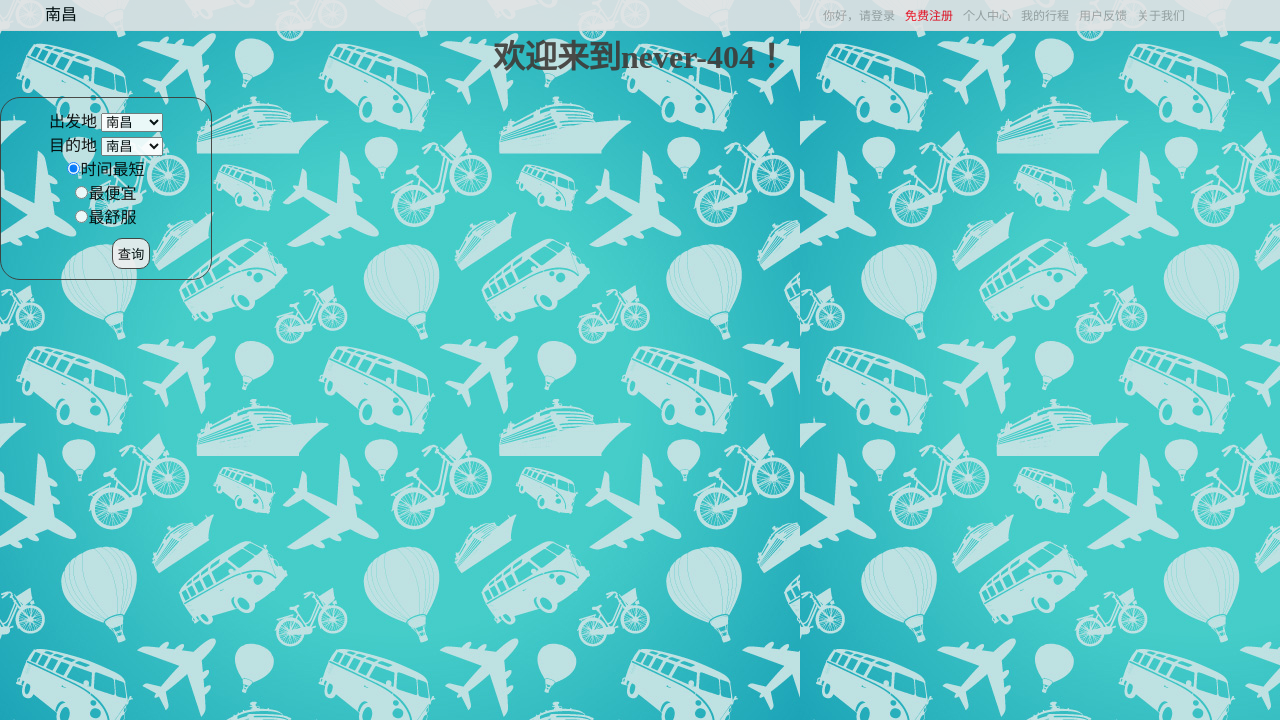
Repository: never-404/Intelligent-recommendation-system
Page: http://localhost/Intelligent-recommendation-system/mainpage.jsp
The author's editor kept a copy of each file at every save. The page is drawn from the files as they stood at one save, then again after the next save.
The browser window is 1280 px wide. The pictures show the whole page.
The page is served by Tomcat 9. Nobody is signed in. The application's start-up code is not run. Other server files are loaded and not shown.

Above is the page before, as saved 2019-04-24 11:35:43.

### Intelligent-recommendation-system/WebRoot/mainpage.jsp
<%@ page language="java" contentType= "text/html;charset=gb2312" %>
<html>

	<head>
		<title>XXX系统</title>
	    <meta charset="utf-8">

		<style type="text/css">
		*{margin: 0;padding: 0;}
		.clearfix:before,.clearfix:after { content:"";display:table; }
		.clearfix:after {clear:both;}
		.clearfix { *zoom:1;}
		@font-face {
  		font-family: 'icomoon';
  		src:  url('../fonts/icomoon.eot?1x1j55');
 		 src:  url('../fonts/icomoon.eot?1x1j55#iefix') format('embedded-opentype'),
 		 url('../fonts/icomoon.ttf?1x1j55') format('truetype'),
  		url('../fonts/icomoon.woff?1x1j55') format('woff'),
  		url('../fonts/icomoon.svg?1x1j55#icomoon') format('svg');
  		font-weight: normal;
  		font-style: normal;
		}
		body
		{
			opacity:0.9;
			background-image:url(background_yc.jpg);
		}
		div.title
		{
			margin:auto;
			width:25%;
			background-color:#b0e0e6;
		}
		div.table
		{
			margin:auto;
			width:25%;
			background-color:#b0e0e6;
		}
		lable {
			float: left;
			width: 7em;
			margin-right:1em;
			text-align: right;
		 }
		h1{
            text-align:center;
			color:#3e3a37;
			margin-bottom:20px;
		}
        div.a{
            text-align:center;
            vertical-align:middle;
        }
        img{
        	max-width: 100%;
        	 height:auto;
        }
        .main{
        	text-align:center;
        	border:1px solid #3e3a37;
        	border-style:ridge;
        	border-radius:20px;
        	width:150px;
        	padding:10px 30px;
        }
        .main form input
        {
        	margin-top:10px;
        	margin-left:50px;
        	padding:5px;
        	border:1px solid #3e3a37;
        	-webkit-border-radius:10px;
        }
		.w {
			width: 1190px;
			margin: auto;
		}
		.fr {
			float: right;
		}
		.fl {
			float: left;
		}
		.style-red {
			color: #f10215!important;
		}
		a {
			text-decoration: none;
		}
		li {
			list-style: none;
		}
		.shortcut {
			height: 30px;
			background-color: #E3E4E5;
			border-bottom: 1px solid #DDD;
			line-height: 30px;
		}
		.shortcut a {
			color: #9D9D9D;
			font-size: 12px;
			text-decoration: none;
		}
		.shortcut .fr li {
			float: left;
		}
		.shortcut .fr li {
			margin-left: 10px;
		}
</style>
	</head>

		<body>
		 <!--  导航栏开始 -->
	    <div class="shortcut">
    	<div class="w">
    		<ul class="fl">
    			<li>
    			   南昌
    		    </li>
    		</ul>
    		<ul class="fr">
    			<li>
    				<a href="log.jsp">你好，请登录&nbsp;&nbsp;</a>
    				<a href="register.jsp" class="style-red">免费注册 </a>
    			</li>
    			<li class="spacer"></li>
    			<li>
    				<a href="mine.jsp">个人中心</a>
    			</li>
    			<li class="spacer"></li>
    			<li class="dropdown">
    				<a href="#">我的行程</a>
    			</li>
    			<li class="spacer"></li>
    			<li>
    				<a href="mine.jsp">用户反馈</a>
    			</li>
    	    	<li class="spacer"></li>
    			<li>
    				<a href="#">关于我们</a>
    			</li>
    			<li class="spacer"></li>
    		</ul>
    	</div>
    </div>
     <!--  页面中心开始 -->
	<h1>欢迎来到never-404！</h1>
	<div class="main">
    	出发地
    	<select>
    		<option>南昌</option>
    		<option>北京</option>
    		<option>黑龙江</option>
    	</select>
        <br>

    	目的地
    	<select>
    		<option>南昌</option>
    		<option>北京</option>
    		<option>黑龙江</option>
    	</select>
        <br>


	<input type="radio" name="selection" checked>时间最短<br>
	<input type="radio" name="selection">最便宜<br>
	<input type="radio" name="selection">最舒服<br>

	<form action = "result.jsp" method = "post">
		<input type="submit" value ="查询">
	</form>
 </div>

	</body>


</html>

After the next save:
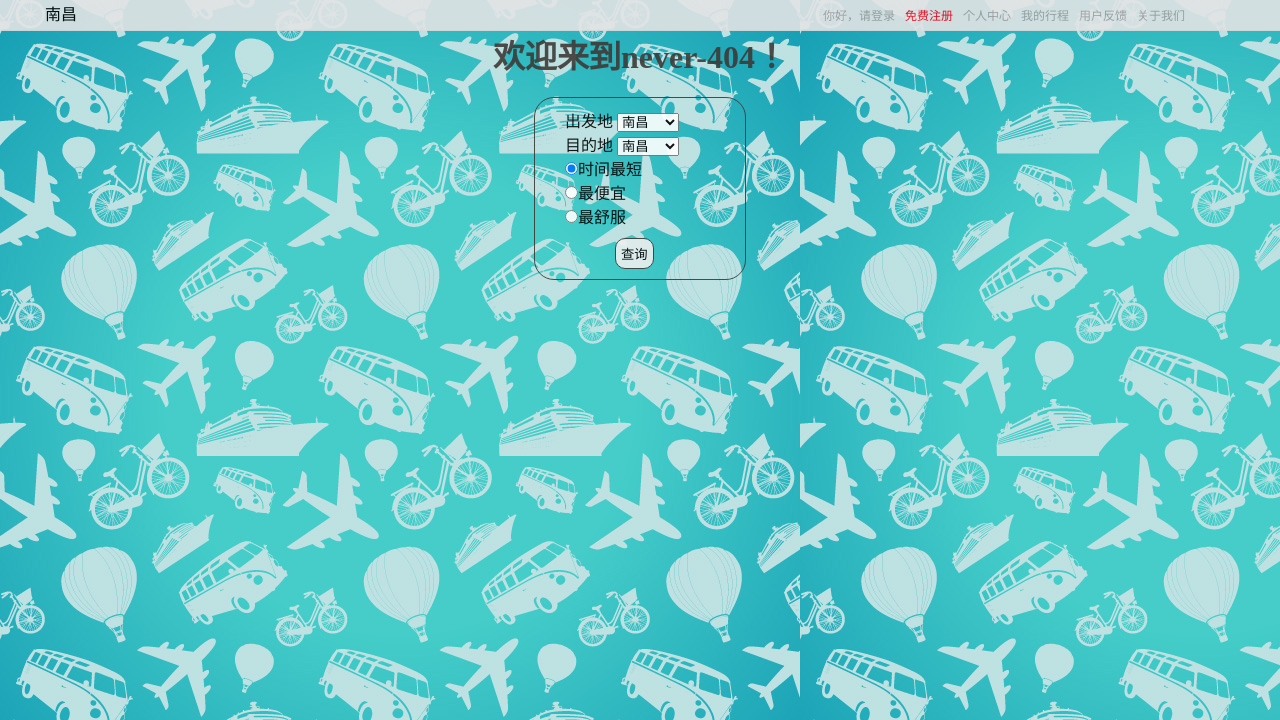
Saved 37 s later.
--- a/Intelligent-recommendation-system/WebRoot/mainpage.jsp
+++ b/Intelligent-recommendation-system/WebRoot/mainpage.jsp
@@ -57,7 +57,7 @@
         	 height:auto;
         }
         .main{
-        	text-align:center;
+        	margin:auto;
         	border:1px solid #3e3a37;
         	border-style:ridge;
         	border-radius:20px;
